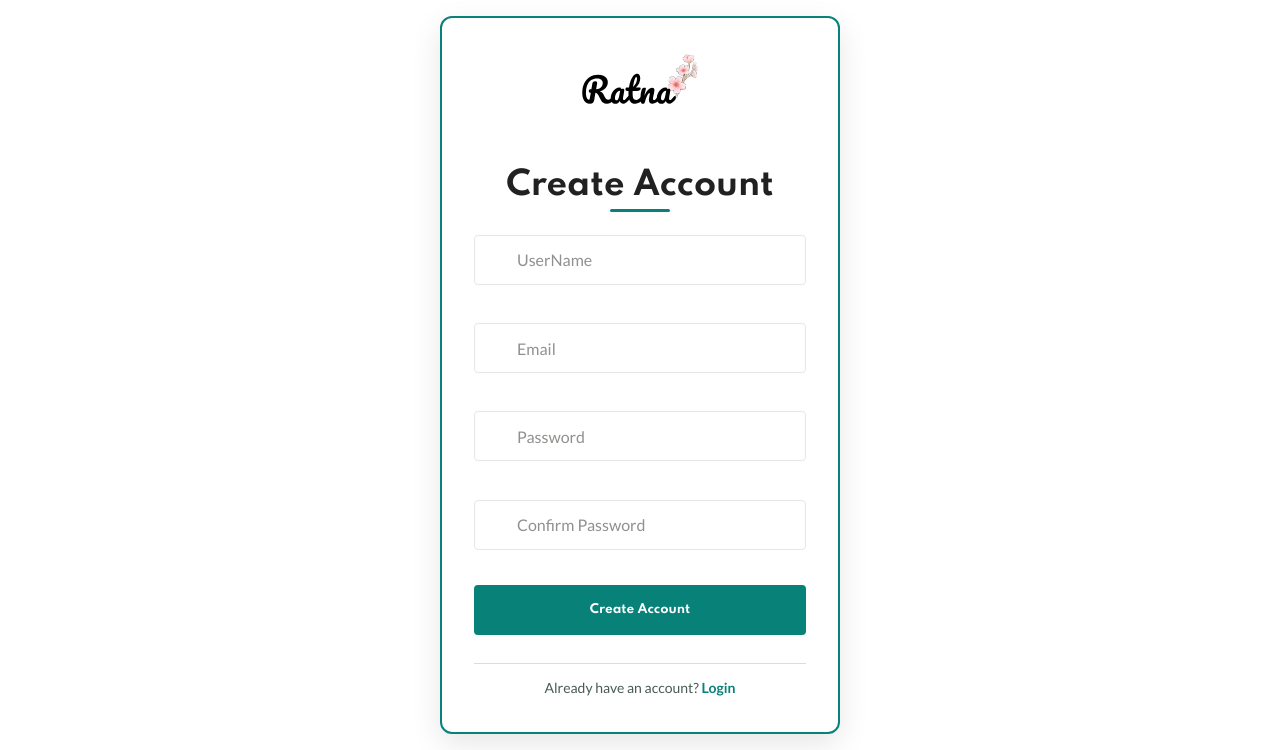
Repository: kapilbairagi/my-ecommerce-website
Page: public/register.html
An editor plug-in stored every save of this project. The page is shown before and after the next save, followed by the edit.
The browser window is 1280 px wide. The pictures show the whole page.
Some icons come from a web library that is not loaded, so they are not drawn. Some web fonts or font styles are not loaded; a fallback is used.

Above is the page before, as saved 2025-10-18 22:20:30.
Console error: TypeError: Cannot read properties of null (reading 'addEventListener')

After the next save:
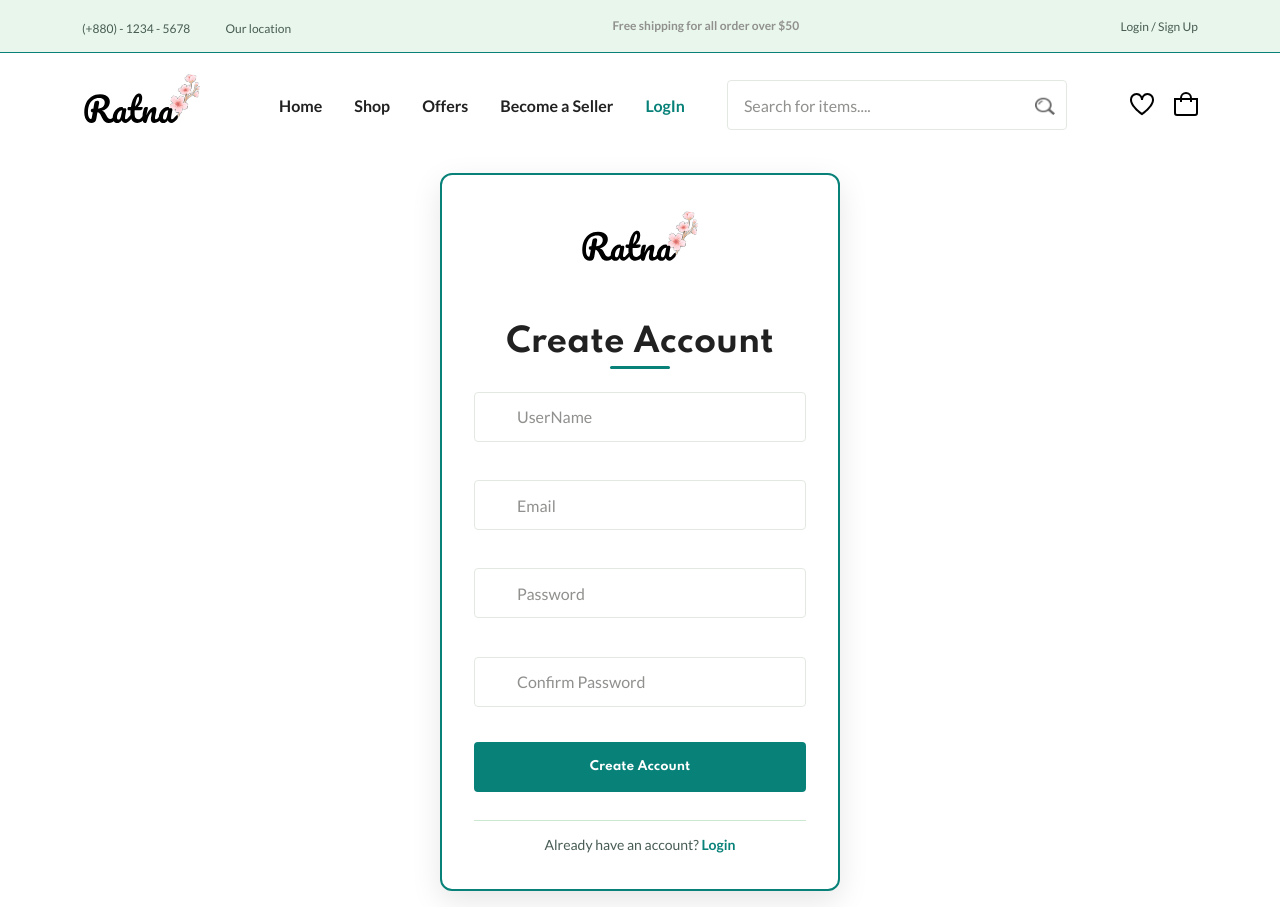
Saved 10 s later.
--- a/public/register.html
+++ b/public/register.html
@@ -11,6 +11,84 @@
     <title>Register</title>
   </head>
   <body>
+    <!--=============== HEADER ===============-->
+    <header class="header">
+      <div class="header__top">
+        <div class="header__container container">
+          <div class="header__contact">
+            <span>(+880) - 1234 - 5678</span>
+            <span>Our location</span>
+          </div>
+          <p class="header__alert-news">
+            Free shipping for all order over $50
+          </p>
+          <a href="login.html" class="header__top-action">Login / Sign Up</a>
+        </div>
+      </div>
+
+      <nav class="nav container">
+        <a href="index.html" class="nav__logo">
+          <img src="assets/img/logo.svg" alt="Logo" class="nav__logo-img"/>
+        </a>
+
+        <div class="nav__menu" id="nav-menu">
+          <div class="nav__menu-top">
+            <a href="index.html" class="nav__menu-logo">
+              <img src="assets/img/logo.svg" alt="">
+            </a>
+
+            <div class="nav__close" id="nav-close">
+              <i class="fi fi-br-cross-small"></i>
+            </div>
+          </div>
+
+          <ul class="nav__list">
+            <li class="nav__item">
+              <a href="index.html" class="nav__link">Home</a>
+            </li>
+
+            <li class="nav__item">
+              <a href="shop.html" class="nav__link">Shop</a>
+            </li>
+
+            <li class="nav__item">
+              <a href="offers.html" class="nav__link">Offers</a>
+            </li>
+             <li class="nav__item">
+              <a href="become-seller.html" class="nav__link">Become a Seller</a>
+            </li>
+
+            <li class="nav__item">
+              <a href="login.html" class="nav__link active-link">LogIn</a>
+            </li>
+          </ul>
+
+          <div class="header__search">
+            <input type="text" placeholder="Search for items...." class="form__input"/>
+            <button type="button" class="search__btn" aria-label="Search">
+              <img src="assets/img/search.png" alt="icon-search">
+            </button>
+          </div>
+        </div>
+
+
+        <div class="header__user-actions">
+          <a href="wishlist.html" class="header__action-btn">
+            <img src="assets/img/icon-heart.svg" alt="icon-heart">
+            <span class="count"></span>
+          </a>
+
+          <a href="cart.html" class="header__action-btn">
+            <img src="assets/img/icon-cart.svg" alt="icon-cart">
+            <span class="count"></span>
+          </a>
+          <div class="header__action-btn nav__toggle" id="nav-toggle">
+            <img src="assets/img/menu-burger.svg" alt="">
+          </div>
+
+        </div>
+      </nav>
+    </header>
     <!--=============== LOGIN-REGISTER ===============-->
       <section class="login-register section--lg">
         <div class="login-register__container container">
